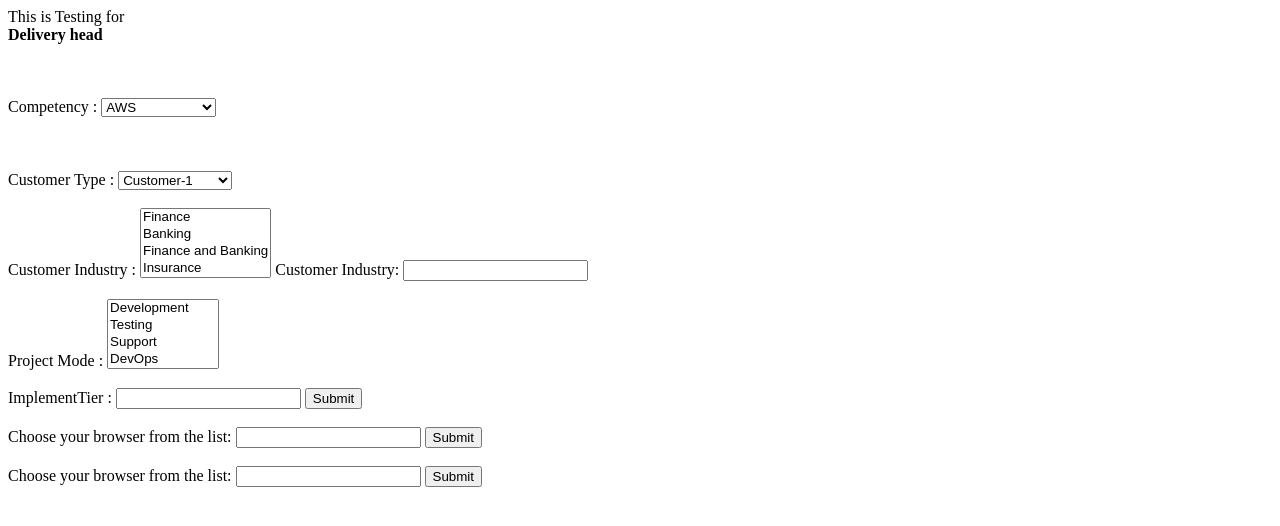
Repository: Perwaiz21/STS
Page: http://localhost/AWS_Web/
An editor plug-in stored every save of this project. The page is shown before and after the next save, followed by the edit.
The browser window is 1280 px wide. The pictures show the whole page.
The page is served by Tomcat 9.

Above is the page before, as saved 2021-02-18 10:15:46.

After the next save:
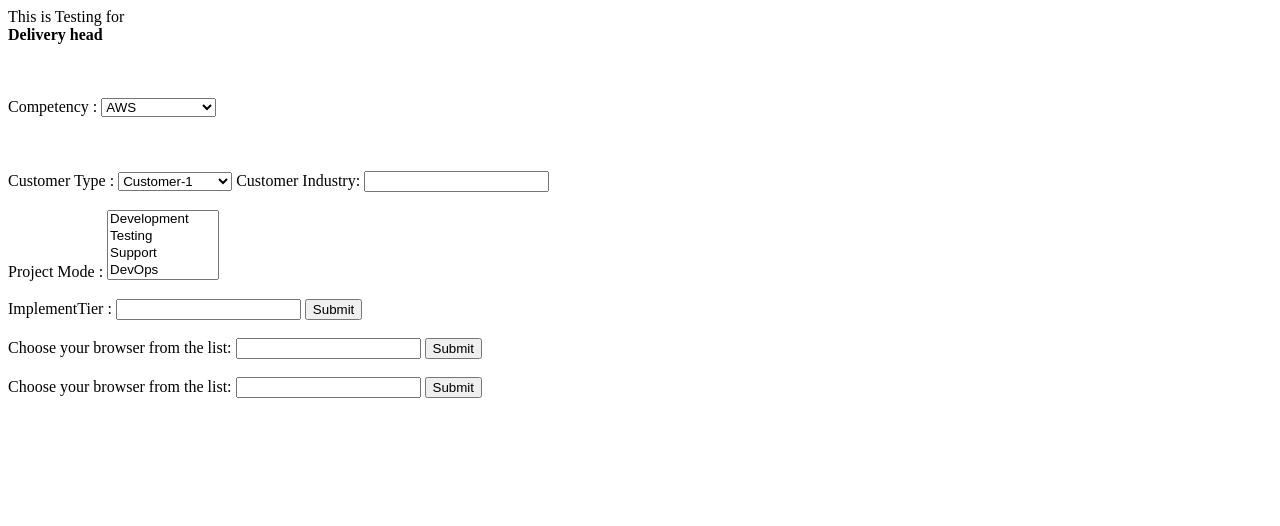
Saved 11 s later.
--- a/AWS_Web/WebContent/index.jsp
+++ b/AWS_Web/WebContent/index.jsp
@@ -27,7 +27,7 @@
 			<option value="ISV">Customer-1</option>
 			<option value="Enterprise level">Enterprise level</option>
 
-		</select> <br> <br> <label for="Customer Industry">Customer
+		</select> <!-- <br> <br> <label for="Customer Industry">Customer
 			Industry :</label> <select name="Customer_Industry" id="Customer_Industry"
 					multiple>
 			<option value="Finance">Finance</option>
@@ -44,7 +44,7 @@
 			<option value="Advisory">Advisory</option>
 			<option value="Audit">Audit</option>
 		</select>
-
+		 -->
 
 		<label for="Customer Industry">Customer Industry:</label> <input list="Customer Industry" name="Customer Industry" id="Customer Industry">
 		<datalist id="Customer Industry">
